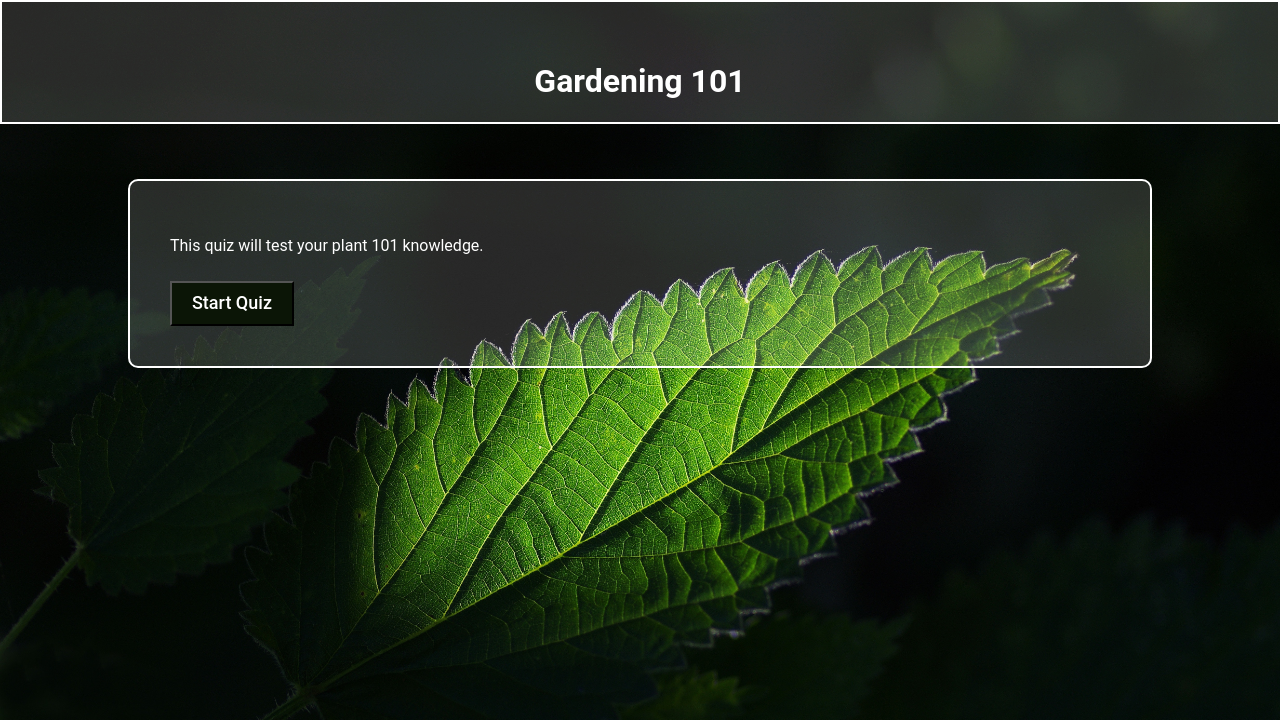
Repository: kaitlynMidori/gardening101
Page: index.html
These files come from the project's save history. The page is drawn as it stood at one moment and after the next save; the edit follows.
The browser window is 1280 px wide. The pictures show the whole page.
The pointer rests on the first visible `button`.

Above is the page before, as saved 2021-06-10 13:46:48.

After the next save:
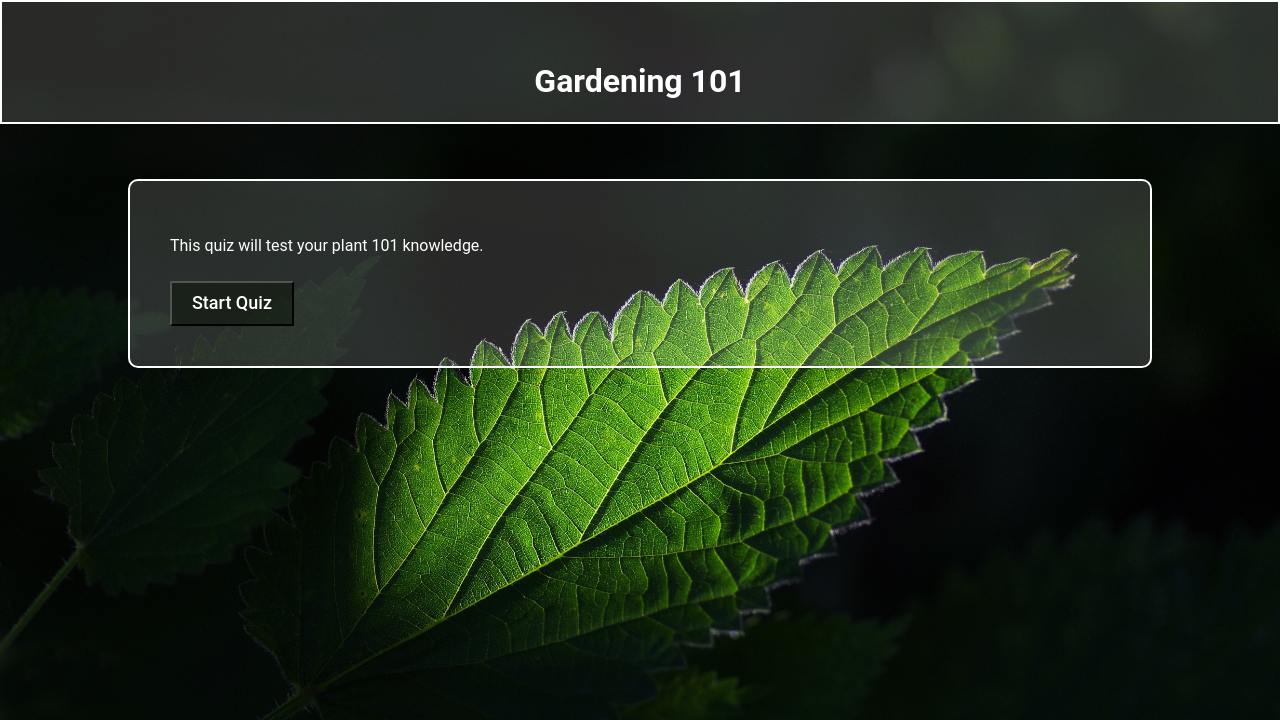
Saved 21 s later.
--- a/app.css
+++ b/app.css
@@ -117,7 +117,7 @@ label {
 
 button:hover:enabled,
 button:focus:enabled {
-    background-color: rgb(11, 21, 6);
+    background-color: rgb(11, 21, 6, .5);
     -webkit-transition: background 0.1s;
     -moz-transition: background 0.1s;
     -o-transition: background 0.1s;
